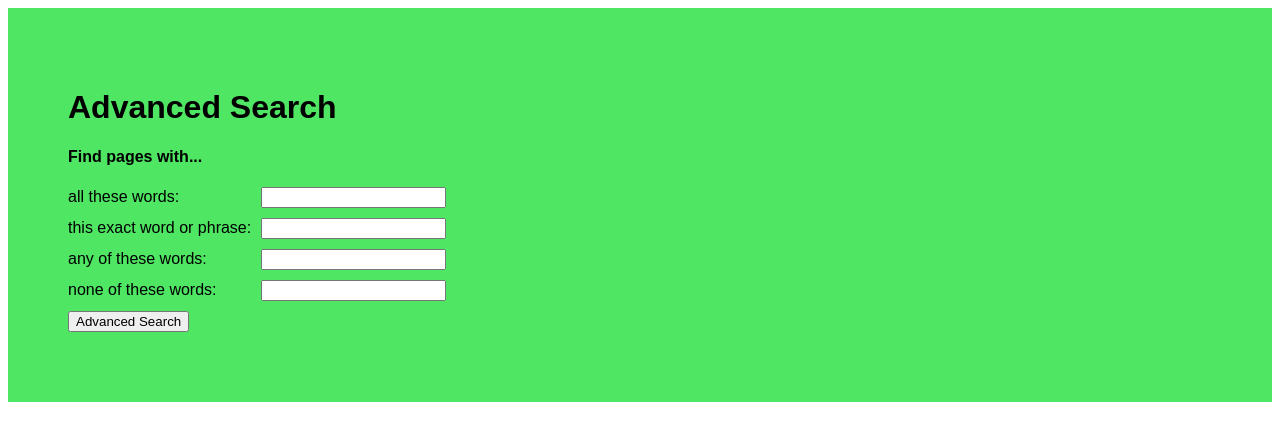
Repository: etentuk/search
Page: advanced_search.html
The author's editor kept a copy of each file at every save. The page is drawn from the files as they stood at one save, then again after the next save.
The browser window is 1280 px wide. The pictures show the whole page.

Above is the page before, as saved 2021-11-04 23:01:45.

### advanced_search.html
<!DOCTYPE html>
<html lang="en">

<head>
    <title>Advanced Search</title>
    <link rel="stylesheet" href="styles.css">
</head>

<body>

    <div id="container">
        <div id="title">
            <h1>Advanced Search</h1>
        </div>
        <h4>Find pages with...</h4>
        <form action="https://google.com/search" class="form-example">
            <div style="display: table-row;">
                <div class="form-example">
                    <label for="as_q">all these words: </label>
                    <input type="text" id="as_q" name="as_q">
                </div>
                <div class="form-example">
                    <label for="as_epq">this exact word or phrase: </label>
                    <input type="text" id="as_epq" name="as_epq">
                </div>
                <div class="form-example">
                    <label for="as_oq">any of these words: </label>
                    <input type="text" id="as_oq" name="as_oq">
                </div>
                <div class="form-example">
                    <label for="as_eq">none of these words: </label>
                    <input type="text" id="as_eq" name="as_eq">
                </div>
            </div>
            <input type="submit" value="Advanced Search">
        </form>
    </div>
</body>

</html>

### styles.css
form.form-example {
  display: table;
}

div.form-example {
  display: table-row;
}

label,
input {
  display: table-cell;
  margin-bottom: 10px;
}

label {
  padding-right: 10px;
}

#title {
  border-width: 10px;
}

#container {
  font-family: Arial, Helvetica, sans-serif;
  background-color: rgb(78, 230, 98);
  /* height: 100%; */
  padding: 60px;
}

After the next save:
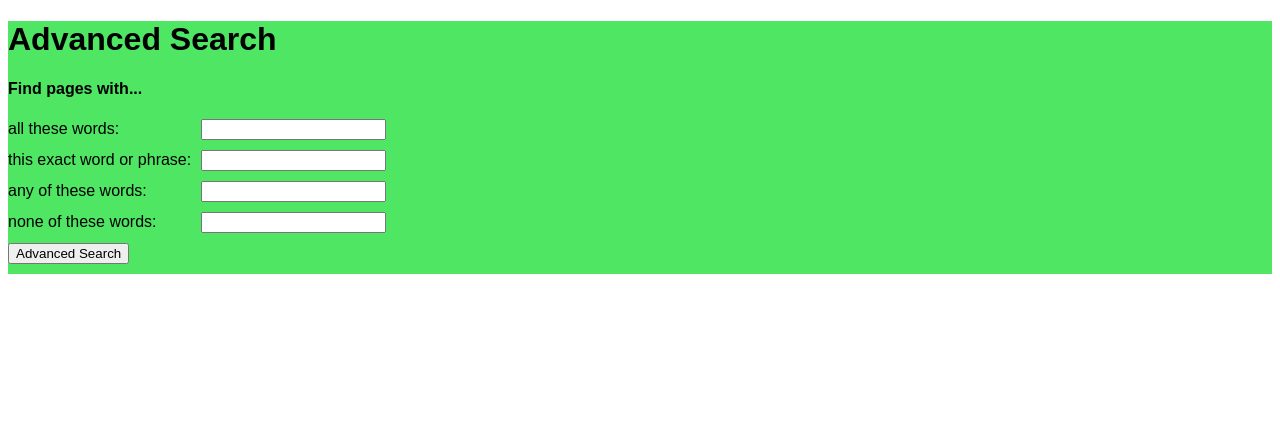
Saved 48 s later.
--- a/styles.css
+++ b/styles.css
@@ -24,5 +24,5 @@ label {
   font-family: Arial, Helvetica, sans-serif;
   background-color: rgb(78, 230, 98);
   /* height: 100%; */
-  padding: 60px;
+  /* padding: 60px; */
 }
